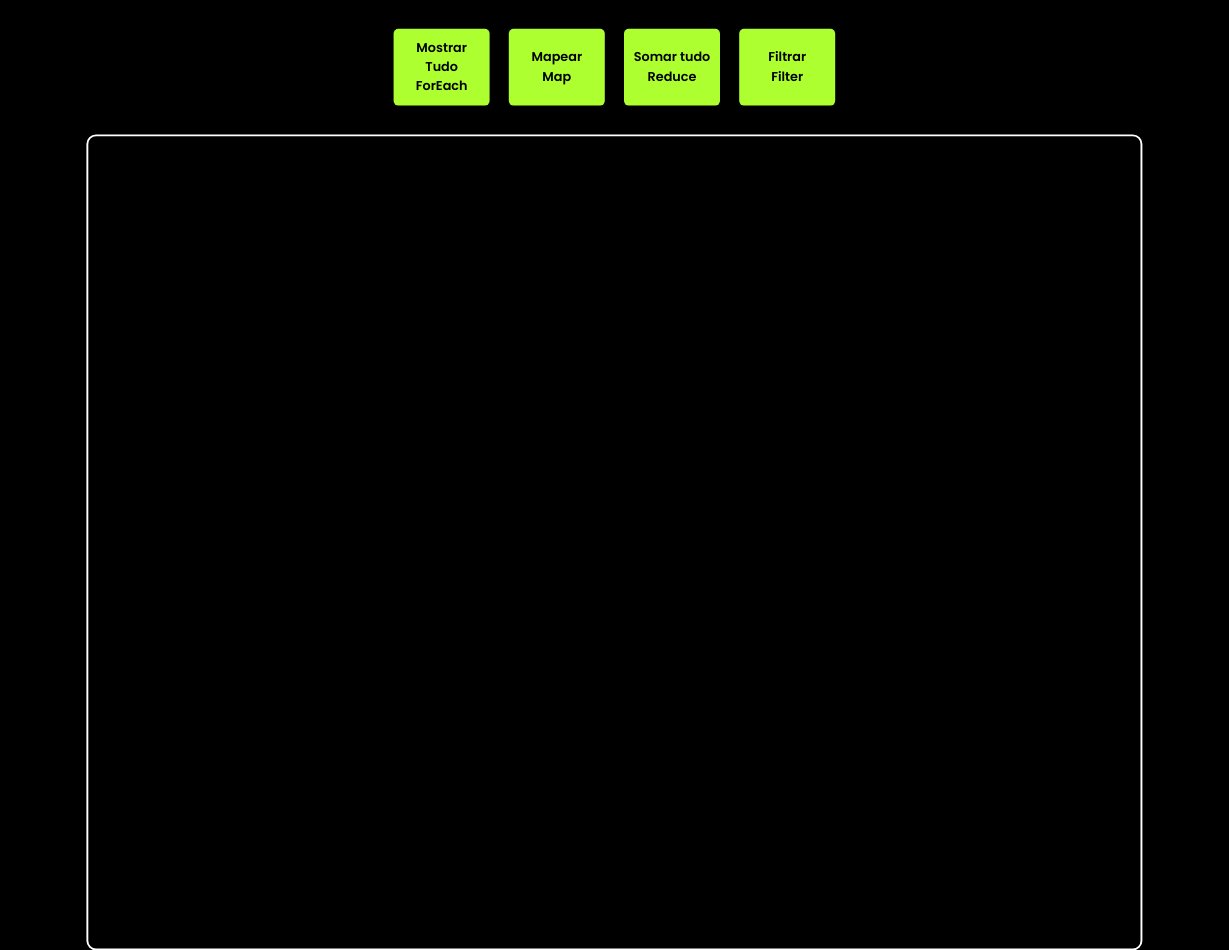
Repository: templaterj1991-Luiz/Main
Page: DevClub/Javascript/DevBurguer/index.html
These files come from the project's save history. The page is drawn as it stood at one moment and after a run of saves; the edit follows.
The browser window is 1280 px wide. The pictures show the whole page, at 96% of full size.
After loading, the first visible `#botao4` was clicked once.

Above is the page before, as saved 2026-05-21 20:03:16.

### DevClub/Javascript/DevBurguer/index.html
<!DOCTYPE html>
<html lang="pt-br">
<head>
    <meta charset="UTF-8">
    <meta name="viewport" content="width=device-width, initial-scale=1.0">
    <title>DevBurguer
    </title>
    <link rel="stylesheet" href="style.css">
</head>
<body>
    <div class="conteiner-button">
        <button id="botao1"> Mostrar Tudo <br>ForEach</button>
        <button id="botao2"> Mapear <br>Map</button>
        <button id="botao3"> Somar tudo <br>Reduce</button>
        <button id="botao4"> Filtrar <br>Filter</button>
    </div>

    <div class="borderul" id="mostrartudo">

    <ul>

    </ul>
    </div>



</body>
<script src="products.js"></script>
<script src="javascript.js"></script>
</html>

### DevClub/Javascript/DevBurguer/style.css
@import url('https://fonts.googleapis.com/css2?family=Poppins:wght@300;600&family=Roboto:ital,wght@0,100..900;1,100..900&display=swap');
* {
            margin: 0;
            padding: 0;
            box-sizing: border-box;
            font-family: "Poppins", sans-serif;
        }

img {
   width: 25vh;
   height: 25vh;
   border-radius: 10px;


}
body {
    background-color: black;
}
.conteiner-button {
    margin: 30px 0;
    display: flex;
    justify-content: center;
    align-items: center;
    gap: 20px;
}

button {
    background-color: greenyellow;
    height: 80px;
    width: 100px;
    border: none;
    border-radius: 5px;
    color: black;
    padding: 10px;
    cursor: pointer;
    font-weight: bold;
}

button:hover {
    opacity: 0.8;
}
img:hover {
    opacity: 0.9;
}

ul {
    list-style: none;
    display: grid;
    grid-template-columns: 200px 200px 200px;
    gap: 100px;
    justify-content: center;
    align-items: center;
    margin-top: 100px;
}

p {
    color: white;
    border-radius:15px;
    font-size: 20px;
    font-weight: bold;
    display: flex;
    justify-content: center;
    align-items: center;
}
li {
    border:solid white 2px;
    border-radius: 5px;
    width: 195px;
    padding: 5px;



}
.price {
    color: greenyellow  ;
}
.borderul {
    border: solid white 2px;
    border-radius: 10px;
    width: 1100px;
    height: 850px;
    margin:auto auto;

}
.borderul:hover {
    animation: piscarBordaverde 0.2s infinite alternate;
}

@keyframes piscarBordaverde {
    from {
        border-color: greenyellow;
    }

    to {
        border-color: white;
    }
}
li:hover {
    animation: piscarBorda 0.2s infinite alternate;
}

@keyframes piscarBorda {
    from {
        border-color: red;
    }

    to {
        border-color: white;
    }
}

### DevClub/Javascript/DevBurguer/products.js
const menuOptions = [
    { name: 'X-Salada', price: 30, vegan: false, src: './/Assets/xsalada.jpeg' },
    { name: 'X-Bacon', price: 34, vegan: false, src: './/Assets/xbacon.png' },
    { name: 'X-Bacon Egg', price: 39, vegan: false, src: './/Assets/bacon-egg.png' },
    { name: 'Monstruoso', price: 50, vegan: false, src: './/Assets/monstruoso.png' },
    { name: 'Big Vegano', price: 55, vegan: true, src: './/Assets/xvegan.png' },
    { name: 'X-Vegan', price: 45, vegan: true, src: './/Assets/monstruoso-vegan.png' },
]

### DevClub/Javascript/DevBurguer/javascript.js
const list = document.querySelector("ul")
const buttonshowall = document.querySelector("#botao1")
const buttonmap = document.querySelector("#botao2")
const reducebutton = document.querySelector("#botao3")
const filtervegan = document.querySelector("#botao4")

function Showscreen(arrayProduct) {
  let myLi = ''
  arrayProduct.forEach((product) => {
    myLi += `
     <li>
         <img src=${product.src}>
         <p>${product.name}</p>
         <p class="price"> R$ ${product.price}</p>
     </li>
  `

  })
  list.innerHTML = myLi
}
function mapitens() {
  const newprices = menuOptions.map( (product)=> ({
    ...product,
    price:product.price * 0.9
  }
))


 Showscreen(newprices)
}

function reducfunc() {

  const reduce = menuOptions.reduce((acc,curr)=> acc + curr.price*0.9,0)


 list.innerHTML =

  `
     <li>

         <p>O preço total é R$${reduce}</p>
     </li>
  `

}

function filtrovegano() {
  const filter = menuOptions.filter((vegani) => {
  })

 Showscreen(filter)
}



buttonshowall.addEventListener("click", ()=> Showscreen (menuOptions))
buttonmap.addEventListener("click", mapitens)
reducebutton.addEventListener("click",reducfunc)
filtervegan.addEventListener("click",filtrovegano)

After the next 2 saves:
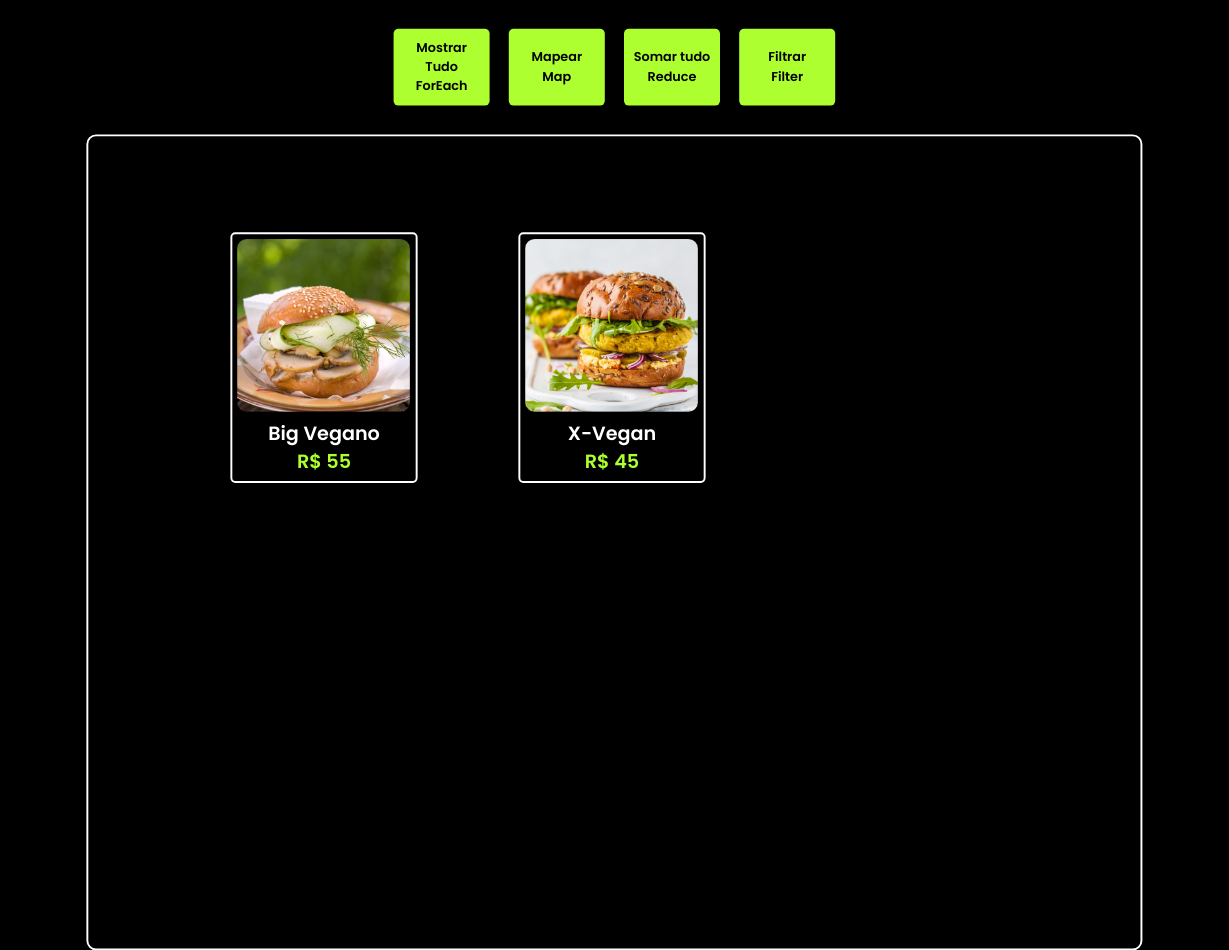
The 2 saves are shown as one change because they came seconds apart.
The last was saved 23 s later.
--- a/DevClub/Javascript/DevBurguer/javascript.js
+++ b/DevClub/Javascript/DevBurguer/javascript.js
@@ -46,8 +46,7 @@
 }
 
 function filtrovegano() {
-  const filter = menuOptions.filter((vegani) => {
-  })
+  const filter = menuOptions.filter((vegani) => vegani.vegan)
 
  Showscreen(filter)
 }

After the 3 saves that followed:
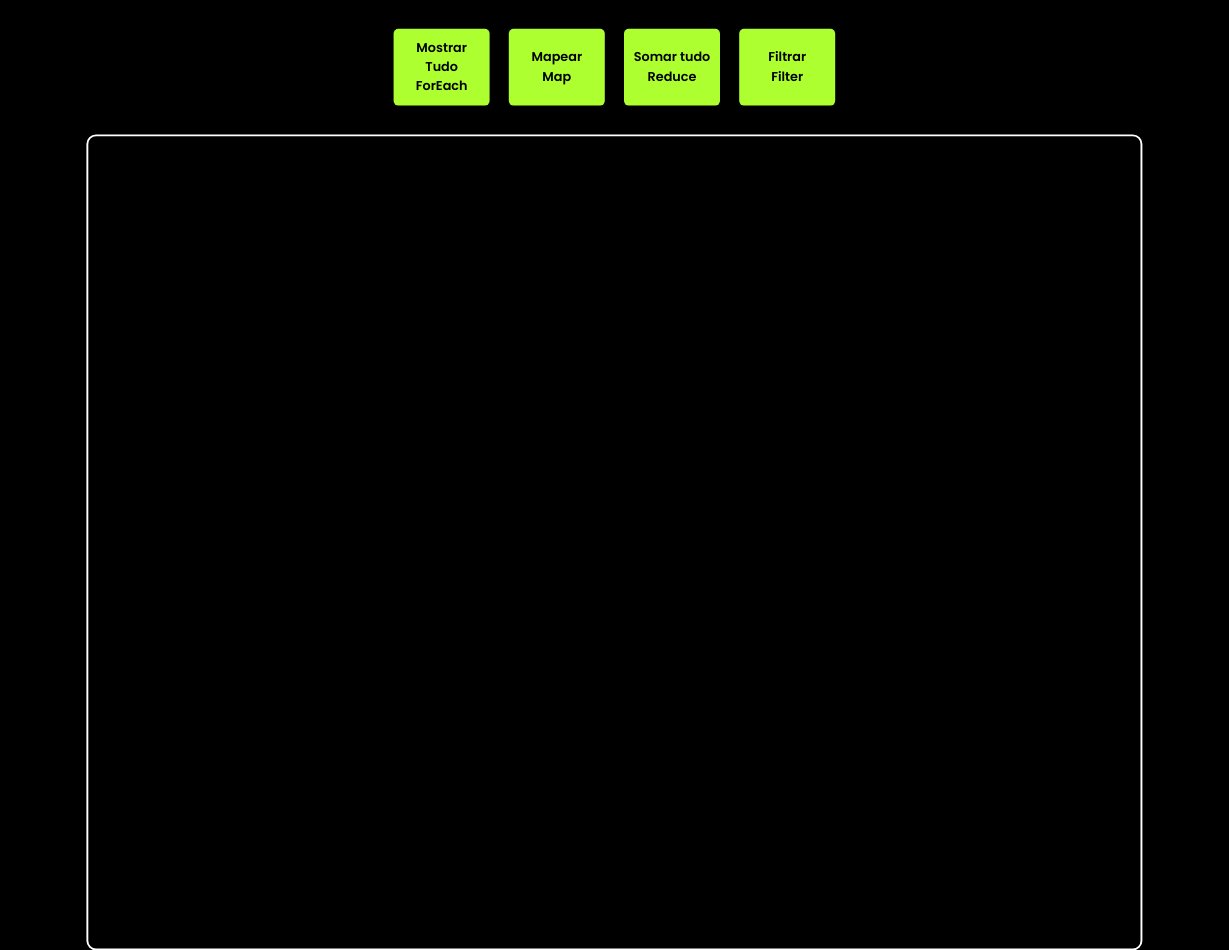
Console error: ReferenceError: vegani is not defined
The 3 saves are shown as one change because 1 left the picture as it was and some came seconds apart.
The last was saved 48 s later.
--- a/DevClub/Javascript/DevBurguer/javascript.js
+++ b/DevClub/Javascript/DevBurguer/javascript.js
@@ -46,7 +46,7 @@
 }
 
 function filtrovegano() {
-  const filter = menuOptions.filter((vegani) => vegani.vegan)
+  const filter = menuOptions.filter(product => vegani.vegan)
 
  Showscreen(filter)
 }
